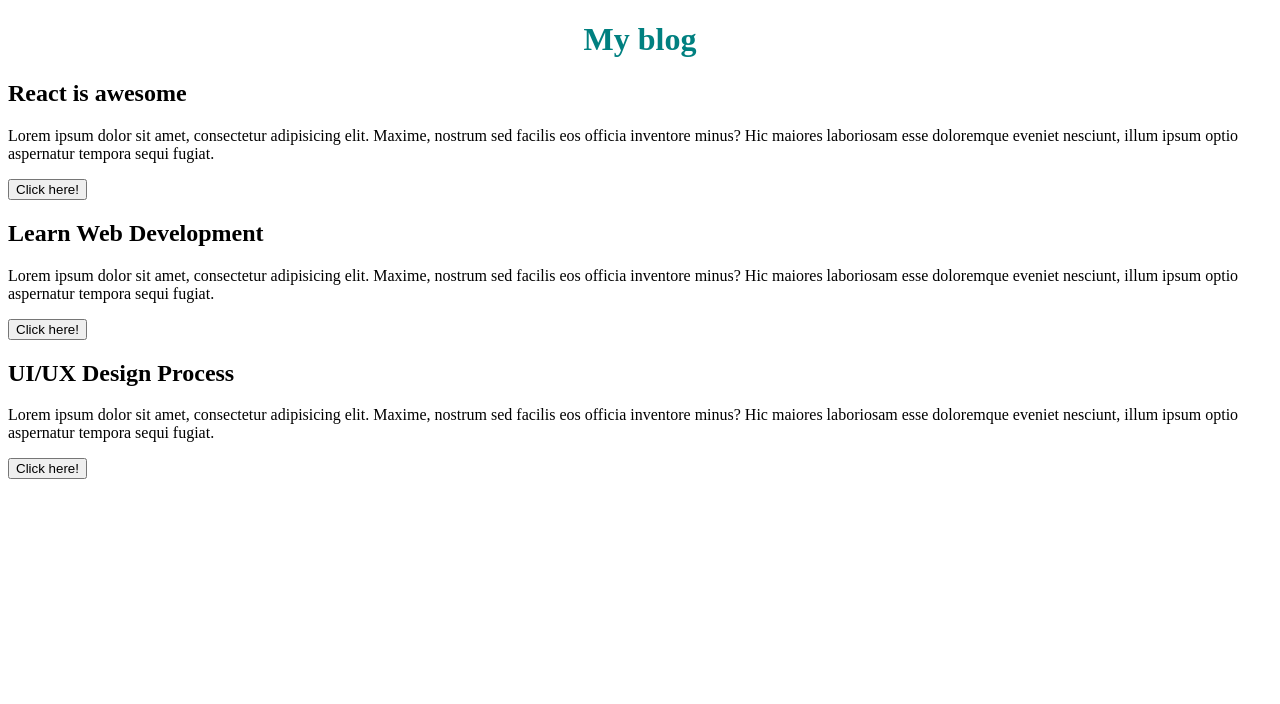
Repository: rosielee09/D3-H-week1
Page: /
An editor plug-in stored every save of this project. The page is shown before and after the next save, followed by the edit.
The browser window is 1280 px wide. The pictures show the whole page.
The project was rebuilt for these pictures with package versions that can differ from the ones it lists, and the page was loaded fresh each time. Also part of the build but not shown: vite.config.js.

Above is the page before, as saved 2025-09-10 14:04:39.

### index.html
<!DOCTYPE html>
<html lang="en">
	<head>
		<meta charset="UTF-8" />
		<!-- <link rel="icon" type="image/svg+xml" href="/vite.svg" /> -->

		<link rel="icon" href="/favicon.ico" />

		<title>Getting started with React - Rosie</title>
	</head>
	<body>
		<div id="root"></div>
		<script type="module" src="/src/main.jsx"></script>
	</body>
</html>

### src/index.css
h1 {
	color: teal;
	text-align: center;
}

.entry {
	margin: 1em auto;
	width: 50%;
	padding: 1em;
}

### src/App.jsx
import BlogEntry from "./BlogEntry";

function App() {
	return (
		<div>
			<h1>My blog</h1>
			<BlogEntry
				title='React is awesome'
				summary='Lorem ipsum dolor sit amet, consectetur
				adipisicing elit. Maxime, nostrum sed facilis
				eos officia inventore minus? Hic maiores
				laboriosam esse doloremque eveniet nesciunt,
				illum ipsum optio aspernatur tempora sequi
				fugiat.'
			/>
			<BlogEntry
				title='Learn Web Development'
				summary='Lorem ipsum dolor sit amet, consectetur
				adipisicing elit. Maxime, nostrum sed facilis
				eos officia inventore minus? Hic maiores
				laboriosam esse doloremque eveniet nesciunt,
				illum ipsum optio aspernatur tempora sequi
				fugiat.'
			/>
			<BlogEntry
				title='UI/UX Design Process'
				summary='Lorem ipsum dolor sit amet, consectetur
				adipisicing elit. Maxime, nostrum sed facilis
				eos officia inventore minus? Hic maiores
				laboriosam esse doloremque eveniet nesciunt,
				illum ipsum optio aspernatur tempora sequi
				fugiat.'
			/>
		</div>
	);
}

export default App;

### src/BlogEntry.jsx
function BlogEntry(props) {
	const buttonLabel = "Read more...";

	return (
		<div>
			<h2> {props.title}</h2>
			<p>{props.summary}</p>
			<button>Click here!</button>
		</div>
	);
}

export default BlogEntry;

Loaded but not shown: src/main.jsx (common file)

After the next save:
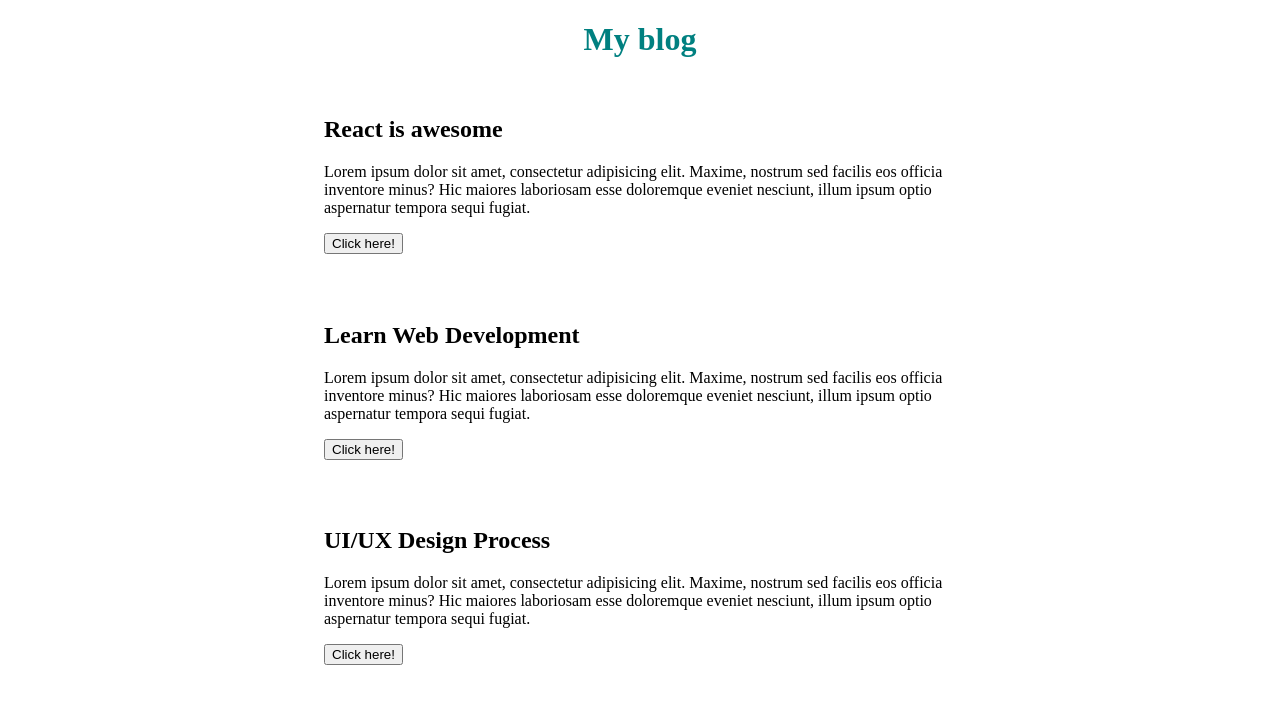
Saved 28 s later.
--- a/src/BlogEntry.jsx
+++ b/src/BlogEntry.jsx
@@ -2,7 +2,7 @@ function BlogEntry(props) {
 	const buttonLabel = "Read more...";
 
 	return (
-		<div>
+		<div className='entry'>
 			<h2> {props.title}</h2>
 			<p>{props.summary}</p>
 			<button>Click here!</button>
